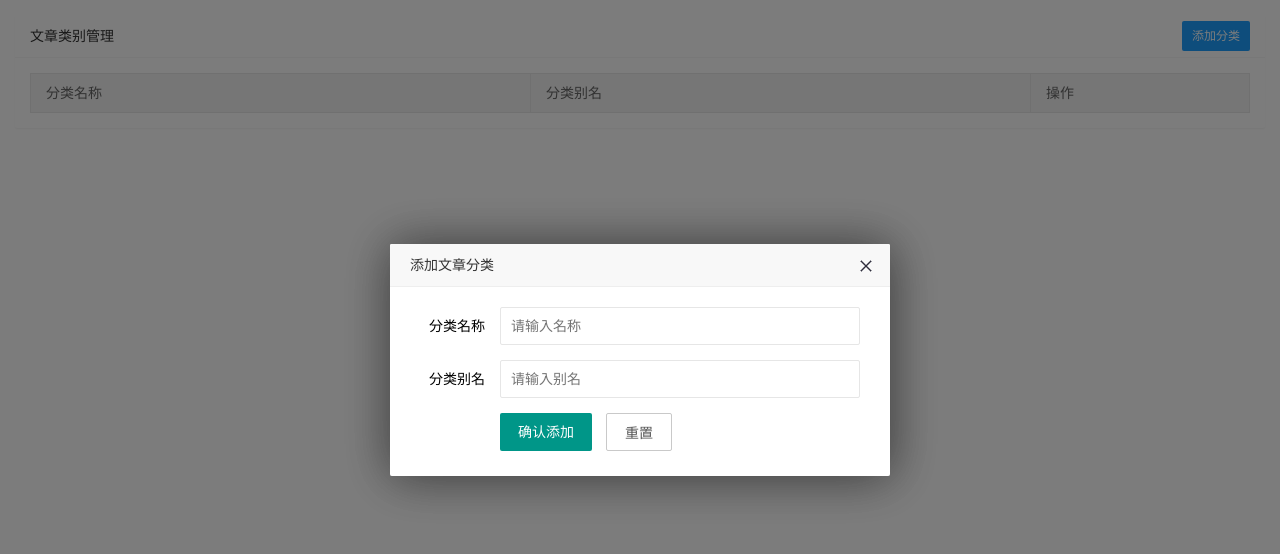
Repository: xxsleep/-
Page: home/article/art_cate.html
These files come from the project's save history. The page is drawn as it stood at one moment and after the next save; the edit follows.
The browser window is 1280 px wide. The pictures show the whole page.
After loading, the first visible `#upBtn` was clicked once.
The page's requests for data from a server got no answer.

Above is the page before, as saved 2020-11-27 21:13:12.
Console error: TypeError: Cannot read properties of undefined (reading 'status')

### home/article/art_cate.html
<!DOCTYPE html>
<html lang="en">

<head>
    <meta charset="UTF-8">
    <meta name="viewport" content="width=device-width, initial-scale=1.0">
    <title>Document</title>
    <link rel="stylesheet" href="/assets/lib/layui/css/layui.css">
    <link rel="stylesheet" href="/assets/css/article/art_cate.css">
</head>

<body>
    <div class="layui-card">
        <div class="layui-card-header">
            文章类别管理
            <button type="button" class="layui-btn layui-btn-sm layui-btn-normal" id="upBtn">添加分类</button>
        </div>
        <div class="layui-card-body">
            <table class="layui-table">
                <colgroup>
                    <col width="500">
                    <col width="500">
                    <col>
                </colgroup>
                <thead>
                    <tr>
                        <th>分类名称</th>
                        <th>分类别名</th>
                        <th>操作</th>
                    </tr>
                </thead>
                <tbody>
                    <!-- <tr>
                        <td>贤心</td>
                        <td>2016-11-29</td>
                        <td>人生就像是一场修行1</td>
                    </tr> -->
                </tbody>
            </table>
        </div>
    </div>


    <script type="text/html" id="model">
        {{each data v i}}
        <tr>
            <td>{{v.name}}</td>
            <td>{{v.alias}}</td>
            <td>
                <button type="button" class="layui-btn layui-btn-xs" data_id{{v.Id}}>编辑</button>
                <button type="button" class="layui-btn layui-btn-danger layui-btn-xs" data_id{{v.Id}}>删除</button>
            </td>
        </tr>
        {{/each}}
    </script>

    <script type="text/html" id="addForm">
        <form class="layui-form" id="addform">
            <div class="layui-form-item">
                <label class="layui-form-label">分类名称</label>
                <div class="layui-input-block">
                    <input type="text" name="name" required lay-verify="required" placeholder="请输入名称" autocomplete="off"
                        class="layui-input">
                </div>
            </div>
            <div class="layui-form-item">
                <label class="layui-form-label">分类别名</label>
                <div class="layui-input-block">
                    <input type="text" name="alias" required lay-verify="required" placeholder="请输入别名"
                        autocomplete="off" class="layui-input">
                </div>
            </div>
            <div class="layui-form-item">
                <div class="layui-input-block">
                    <button class="layui-btn" lay-submit lay-filter="formDemo">确认添加</button>
                    <button type="reset" class="layui-btn layui-btn-primary">重置</button>
                </div>
            </div>
        </form>
    </script>

    <script type="text/html" id="editForm">
        <form class="layui-form" id="editform">
            <div class="layui-form-item">
                <label class="layui-form-label">id</label>
                <div class="layui-input-block">
                    <input type="text" name="Id" required lay-verify="required" placeholder="请输入名称" autocomplete="off"
                        class="layui-input">
                </div>
            </div>
            <div class="layui-form-item">
                <label class="layui-form-label">分类名称</label>
                <div class="layui-input-block">
                    <input type="text" name="name" required lay-verify="required" placeholder="请输入名称" autocomplete="off"
                        class="layui-input">
                </div>
            </div>
            <div class="layui-form-item">
                <label class="layui-form-label">分类别名</label>
                <div class="layui-input-block">
                    <input type="text" name="alias" required lay-verify="required" placeholder="请输入别名"
                        autocomplete="off" class="layui-input">
                </div>
            </div>
            <div class="layui-form-item">
                <div class="layui-input-block">
                    <button class="layui-btn" lay-submit lay-filter="formDemo">确认添加</button>
                    <button type="reset" class="layui-btn layui-btn-primary">重置</button>
                </div>
            </div>
        </form>
    </script>


    <script src="/assets/lib/jquery.js"></script>
    <script src="/assets/lib/layui/layui.all.js"></script>
    <script src="/assets/lib/template-web.js"></script>
    <script src="/assets/js/ajaxBase.js"></script>
    <script src="/assets/js/article/art_cate.js"></script>
</body>

</html>

### assets/css/article/art_cate.css
* {
    margin: 0;
    padding: 0;
}

body {
    padding: 15px;
}

.layui-card-header {
    display: flex;
    justify-content: space-between;
    align-items: center;
}

#upBtn {
    line-height: 30px;
}

.layui-form {
    padding-top: 20px;
    padding-right: 30px;
    padding-bottom: 10px;
}

### assets/js/ajaxBase.js
$.ajaxPrefilter(function (options) {
    options.url = "http://ajax.frontend.itheima.net" + options.url;

    if (options.url.indexOf("/my/") !== -1) {
        options.headers = {
            Authorization: localStorage.getItem("token"),
        };
    }

    options.complete = function (xhr) {
        if (xhr.responseJSON.status === 1 && xhr.responseJSON.message === '身份认证失败') {
            localStorage.removeItem('token')
            location.href = '/home/login.html'
        }
    }





});

### assets/js/article/art_cate.js
$(function () {
    let layer = layui.layer
    getCate()

    function getCate() {
        $.ajax({
            url: '/my/article/cates',
            success: function (res) {

                $('tbody').html(template('model', res))
            }
        })
    }
    let index
    $('#upBtn').click(function () {
        index = layer.open({
            type: 1,
            title: '添加文章分类',
            area: '500px',
            content: $("#addForm").html(),
        });
    })

    $('body').on('submit', '#addform', function (e) {
        e.preventDefault()
        let data = $(this).serialize()
        $.ajax({
            type: 'POST',
            url: '/my/article/addcates',
            data,
            success: function (res) {
                console.log(res);
                if (res.status !== 0) {
                    return layer.msg("新增文章分类失败！");
                }

                layer.msg("新增文章分类成功！")
                layer.close(index)
                getCate()
            }
        })
    })

    let editindex
    $('#upBtn').click(function () {
        editindex = layer.open({
            type: 1,
            title: '添加文章分类',
            area: '500px',
            content: $("#addForm").html(),
        });
    })


})

Loaded but not shown: assets/lib/layui/css/layui.css (library); assets/lib/jquery.js (library); assets/lib/layui/layui.all.js (library); assets/lib/template-web.js (library); assets/lib/layui/css/modules/laydate/default/laydate.css (library); assets/lib/layui/css/modules/layer/default/layer.css (library); assets/lib/layui/css/modules/code.css (common file)

After the next save:
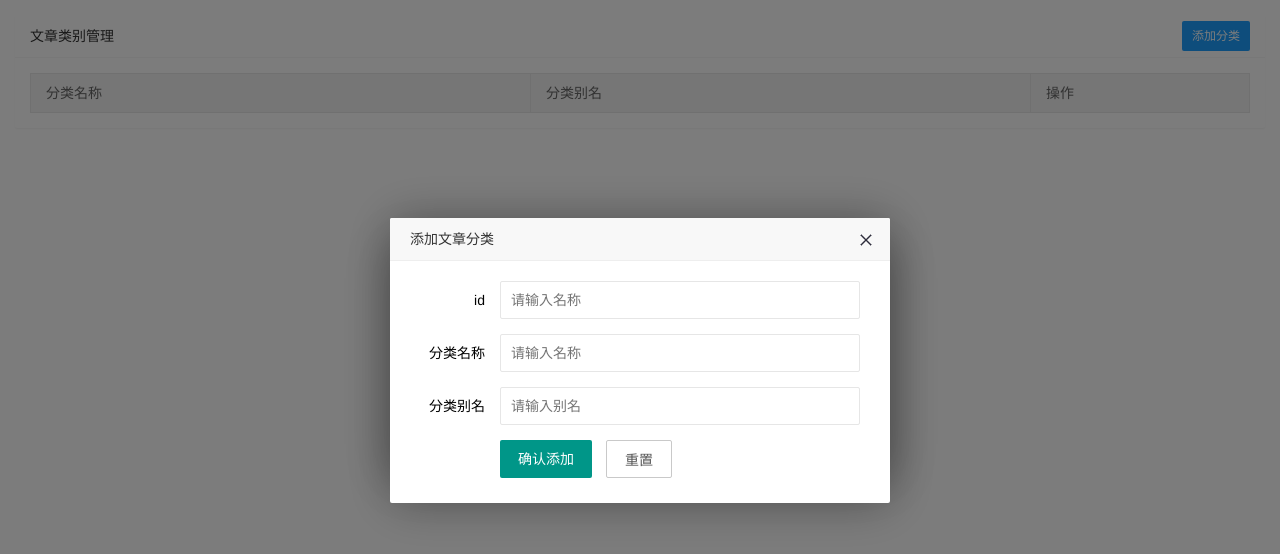
Saved 9 s later.
--- a/assets/js/article/art_cate.js
+++ b/assets/js/article/art_cate.js
@@ -47,7 +47,7 @@ $(function () {
             type: 1,
             title: '添加文章分类',
             area: '500px',
-            content: $("#addForm").html(),
+            content: $("#editForm").html(),
         });
     })
 
